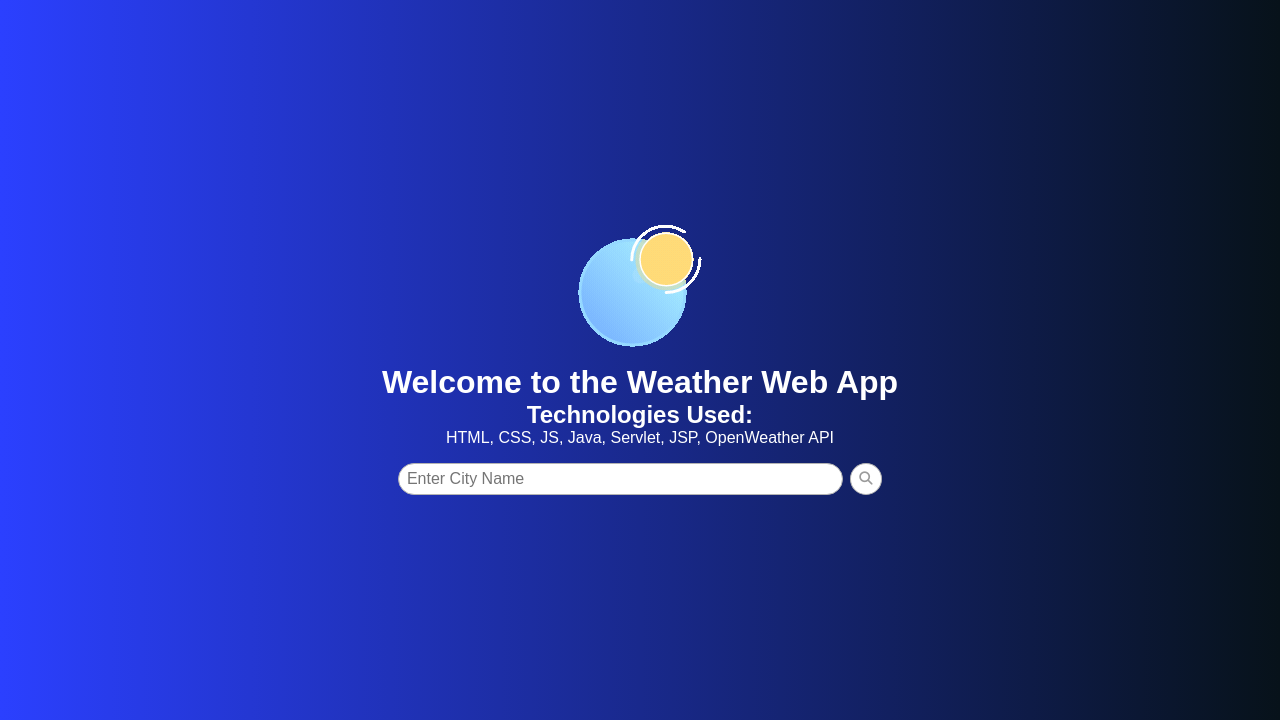
Repository: MinhajulMukthar/Weather-WebApp
Page: http://localhost/Weather_App/
These files come from the project's save history. The page is drawn as it stood at one moment and after the next save; the edit follows.
The browser window is 1280 px wide. The pictures show the whole page.
The page is served by Tomcat 10. Other server files are loaded and not shown.

Above is the page before, as saved 2024-09-26 02:03:17.

### Weather App/src/main/webapp/index.html
<!DOCTYPE html>
<html>
<head>
<meta charset="UTF-8">
<meta http-equiv="X-UA-Compatible" content="IE=edge">
<meta name="viewport" content="width=device-width, initial-scale=1.0">
<title>Weather App</title>
<link rel="icon" href="images/rain.png" type="image/png">
<link rel="stylesheet"
	href="https://cdnjs.cloudflare.com/ajax/libs/font-awesome/6.4.0/css/all.min.css" />
<link rel="stylesheet" href="style.css" />

</head>
<body>
	<div class="container" style="color: white; text-align: center">
		<img src="images/Animation.gif"
			style="height: 150px; width: auto; /* filter: drop-shadow(10px 10px 10px black) */;">
		<h1>Welcome to the Weather Web App</h1>

		<h2>Technologies Used:</h2>
		<p>HTML, CSS, JS, Java, Servlet, JSP, OpenWeather API</p>
		<form action="ServletWeb" method="post" class="searchInput">
			<input type="text" placeholder="Enter City Name" id="searchInput"
				 name="city" />
			<button id="searchButton">
				<i class="fa-solid fa-magnifying-glass"></i>
			</button>
		</form>
	</div>
</body>
</html>

### Weather App/src/main/webapp/style.css
    * {
  margin: 0;
  padding: 0;
  box-sizing: border-box;
  font-family: "Ubuntu", sans-serif;
}

body {
  display: flex;
  height: 100vh;
  align-items: center;
  justify-content: center;
  background: linear-gradient(to right,  #2b40ff,#07121a);
}

.mainContainer {
  width: 25rem;
  height: auto;
  border-radius: 1rem;
  background: #fff;
  box-shadow: 0 14px 28px rgba(0,0,0,0.25),
			0 10px 10px rgba(0,0,0,0.22);
}

.searchInput {
  width: 100%;
  display: flex;
  padding: 1rem 1rem;
  justify-content: center;
}

.searchInput input {
  width: 100%;
  height: 2rem;
  outline: none;
  font-size: 1rem;
  color: #525050;
  padding: 0.2rem 0.5rem;
  border-radius: 1.5rem;
  border: 1px solid #b3b3b3;
}

.searchInput input:focus {
  border: 1px solid #9c9dde;
}

.searchInput button {
  width: 2.2rem;
  height: 2rem;
  cursor: pointer;
  color: #9b9b9b;
  border-radius: 50%;
  margin-left: 0.4rem;
  transition: all 0.3s ease;
  background-color: #fff;
  border: 1px solid #b3b3b3;
}

.searchInput button:hover {
  color: #fff;
  background-color: #9c9dde;
  border: 1px solid #9c9dde;
}

.weatherIcon {
  display: flex;
  padding-top: 0.5rem;
  padding-bottom: 0.5rem;
  justify-content: center;
}

.weatherIcon img {
  max-width: 100%;
  width: 8rem;
}

.weatherDetails .temp{
 font-size: 2rem;
}
.cityDetails {
  color: #323232;
  font-size: 2.5rem;
  text-align: center;
  margin-bottom: 0.5rem;
}

.cityDetails .date {
  color: #323232;
  font-size: 1.5rem;
  text-align: center;
  margin-bottom: 0.5rem;
}

.windDetails {
  display: flex;
  margin-top: 1rem;
  margin-bottom: 1.5rem;
  justify-content: space-around;
}

.windDetails .humidityBox {
  display: flex;
  font-size: 1rem;
  color: #323232;
}

.windDetails .humidity .humidityValue {
 text-align: center;
  font-size: 2rem;
  color: #323232;
}

.windDetails .humidityBox img {
  max-height: 3rem;
  margin-right: 0.5rem;
}

.windDetails .windSpeed {
  display: flex;
  font-size: 1rem;
  color: #323232;
}

.windDetails .windSpeed img {
  max-height: 3rem;
  margin-right: 0.5rem;
}


image-logo{
        height: auto;
        width: auto;
        filter: drop-shadow(20px 10px 10px black);
      }

After the next save:
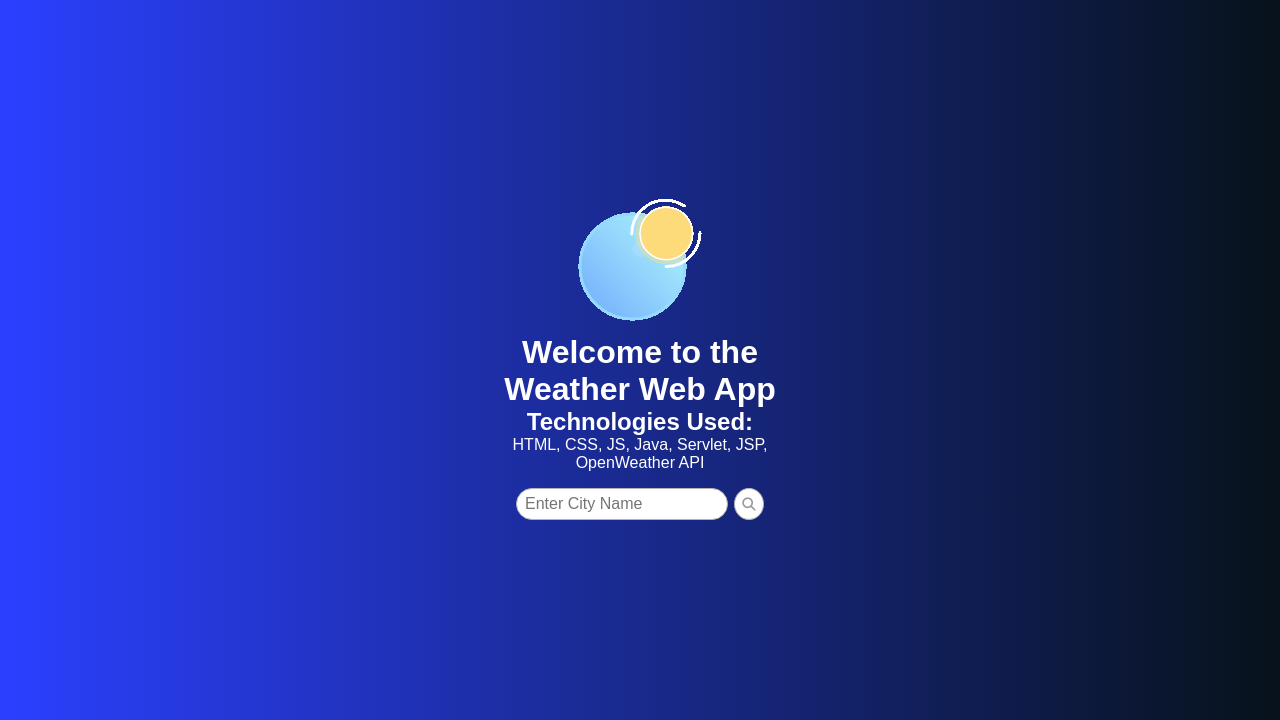
Saved 77 s later.
--- a/Weather App/src/main/webapp/style.css
+++ b/Weather App/src/main/webapp/style.css
@@ -11,6 +11,20 @@
   align-items: center;
   justify-content: center;
   background: linear-gradient(to right,  #2b40ff,#07121a);
+}
+
+.container{
+		 	width: 25%;
+        	margin: 0 auto; /* Centers the div horizontally */
+			text-align: center;
+            padding: 20px; /* Optional padding */
+            color: white;
+            display: flex;
+            flex-direction: column;
+            align-items: center;
+            justify-content: center;
+            height: 100vh;
+
 }
 
 .mainContainer {
